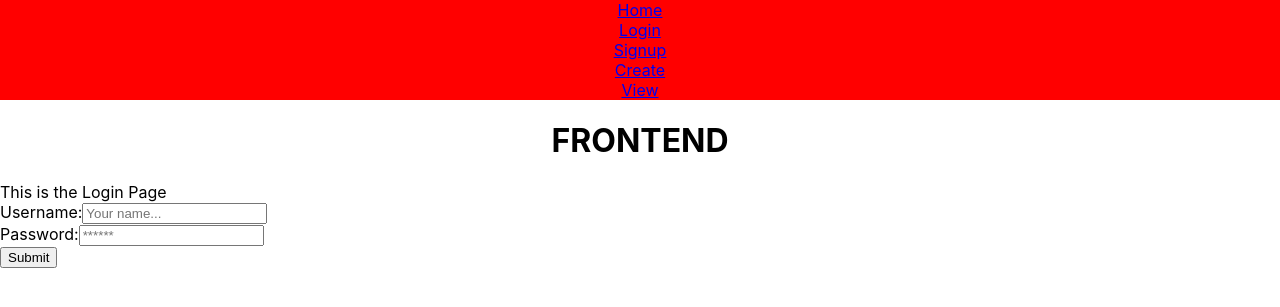
Repository: MikeTroianello/SuPro
Page: /login (app in frontend/)
These files come from the project's save history. The page is drawn as it stood at one moment and after the next save; the edit follows.
The browser window is 1280 px wide. The pictures show the whole page.
The project was rebuilt for these pictures with package versions that can differ from the ones it lists, and the page was loaded fresh each time. A package was used in the major version that the imports need, not the one package.json lists. Also part of the build but not shown: frontend/src/components/Home.js, frontend/src/components/Signup.js, frontend/src/components/Create.js, frontend/src/components/View.js.

Above is the page before, as saved 2019-10-04 14:49:12.

### frontend/src/App.js
import React from 'react';
import { BrowserRouter as Router, Route, Switch } from 'react-router-dom';

import Home from './components/Home';
import Login from './components/Login';
import Signup from './components/Signup';
import Create from './components/Create';
import View from './components/View';
import Navbar from './components/Navbar';

import './App.css';

class App extends React.Component {
  render() {
    return (
      <Router>
        <div className='App'>
          <Navbar />
          <h1>FRONTEND</h1>
        </div>
        <Switch>
          <Route exact path='/' component={Home} />
          <Route exact path='/signup' component={Signup} />
          <Route exact path='/login' component={Login} />
          <Route exact path='/create' component={Create} />
          <Route exact path='/view' component={View} />
        </Switch>
      </Router>
    );
  }
}

export default App;

### frontend/src/components/Login.js
import React, { Component } from 'react';

export default class Login extends Component {
  render() {
    return (
      <div>
        This is the Login Page
        <form onSubmit={this.handleSubmit}>
          <div className='form-piece'>
            <label htmlFor='name'>Username:</label>
            <input
              name='name'
              placeholder='Your name...'
              onChange={this.handleChange}
            />
          </div>
          <div className='form-piece'>
            <label htmlFor='password'>Password:</label>
            <input
              name='password'
              placeholder='******'
              type='password'
              onChange={this.handleChange}
            />
          </div>
          <button>Submit</button>
        </form>
      </div>
    );
  }
}

### frontend/src/components/Navbar.js
import React from 'react';
import { Link } from 'react-router-dom';

export default function Navbar() {
  return (
    <div className='navbar'>
      <div>
        <Link to='/'>Home</Link>
      </div>
      <div>
        <Link to='/login'>Login</Link>
      </div>
      <div>
        <Link to='/signup'>Signup</Link>
      </div>
      <div>
        <Link to='/create'>Create</Link>
      </div>
      <div>
        <Link to='/view'>View</Link>
      </div>
    </div>
  );
}

### frontend/src/App.css
.App {
  text-align: center;
}

.App-logo {
  height: 40vmin;
}

.App-header {
  background-color: #282c34;
  min-height: 100vh;
  display: flex;
  flex-direction: column;
  align-items: center;
  justify-content: center;
  font-size: calc(10px + 2vmin);
  color: white;
}

.App-link {
  color: #09d3ac;
}

.navbar {
  background-color: red;
}

Loaded but not shown: frontend/public/index.html (common file); frontend/src/index.js (common file); frontend/src/index.css (common file); frontend/src/serviceWorker.js (common file)

After the next save:
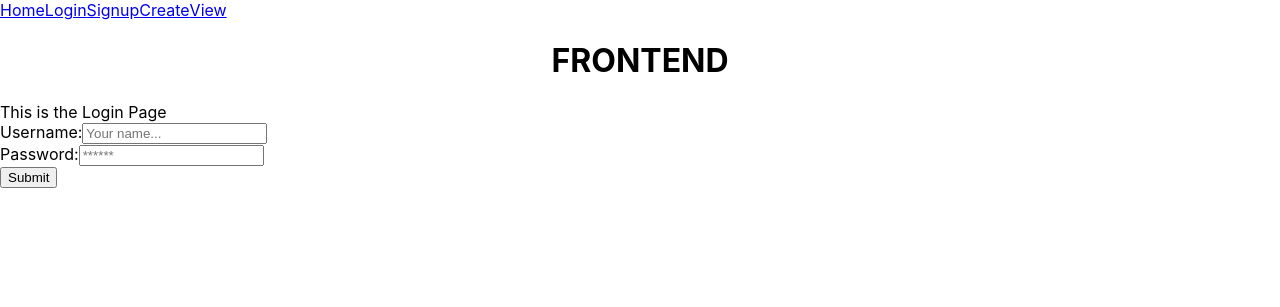
Saved 10 s later.
--- a/frontend/src/App.css
+++ b/frontend/src/App.css
@@ -22,5 +22,5 @@
 }
 
 .navbar {
-  background-color: red;
+  display: flex;
 }
